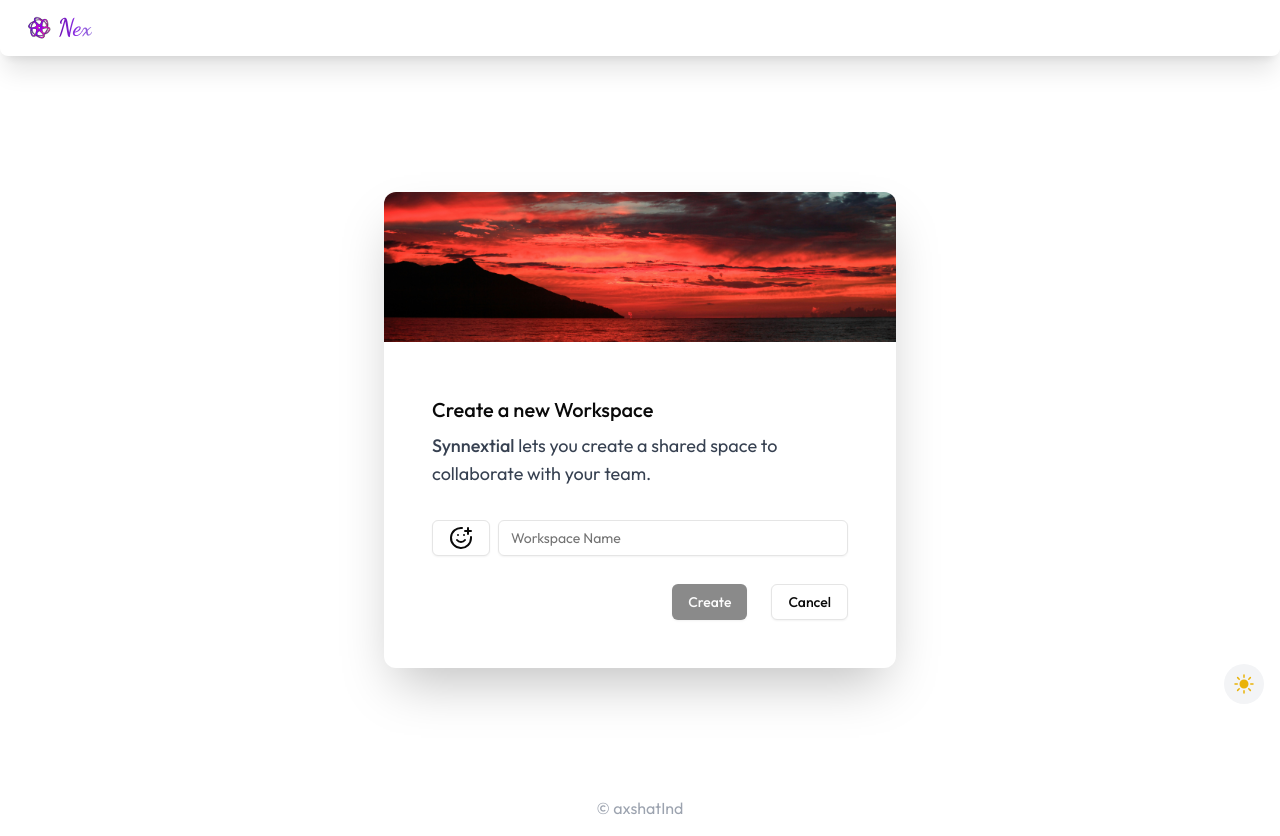
Repository: axshatInd/synnexTial
Page: /createworkspace
An editor plug-in stored every save of this project. The page is shown before and after the next save, followed by the edit.
The browser window is 1280 px wide. The pictures show the whole page.
The page's requests for data from a server got no answer. The project was rebuilt for these pictures with package versions that can differ from the ones it lists, and the page was loaded fresh each time. Some packages were replaced by stand-ins written for this rebuild. The framework's server and built-in components were replaced by stand-ins that run in the browser. No one was signed in, and anything a server would have sent is missing. Also part of the build but not shown: next.config.mjs.

Above is the page before, as saved 2024-08-28 15:47:39.

After the next save:
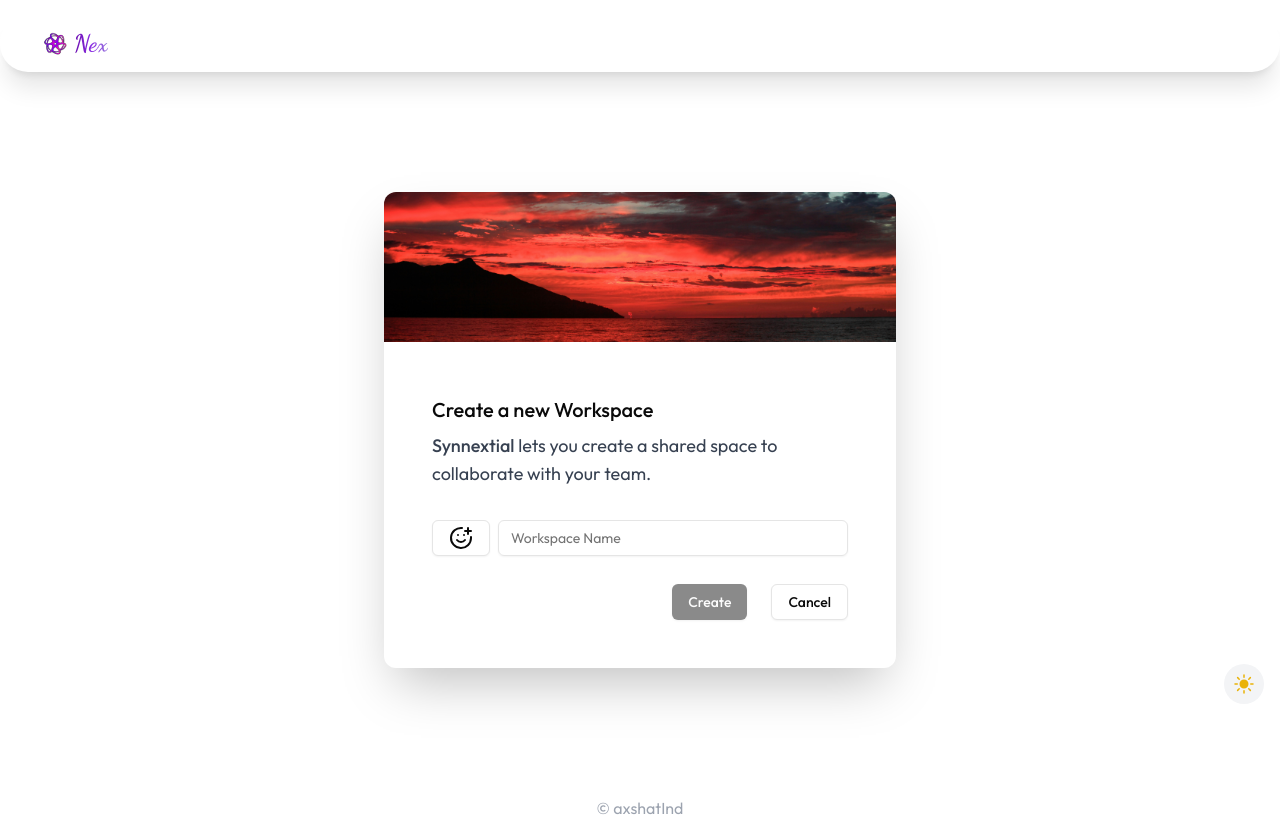
Saved 27 min 58 s later.
--- a/app/(routes)/dashboard/_components/Header.jsx
+++ b/app/(routes)/dashboard/_components/Header.jsx
@@ -20,14 +20,16 @@
   return (
     <header
       ref={headerRef} // Reference for animation
-      className="fixed top-0 left-0 right-0 z-50 flex justify-between items-center px-4 py-2 md:px-6 md:py-3 shadow-xl rounded-b-lg max-w-8xl mx-auto bg-white"
+      className="fixed top-4 left-1/2 transform -translate-x-1/2 z-50 flex justify-between items-center px-4 py-3 md:px-6 md:py-3 shadow-xl rounded-full bg-white w-full max-w-7xl"
     >
-      <Logo />
-      <OrganizationSwitcher
-        afterCreateOrganizationUrl={"/dashboard"}
-        afterLeaveOrganizationUrl={"/dashboard"}
-      />
-      <UserButton />
+      <div className="w-full max-w-screen-xl mx-auto px-4 flex justify-between items-center">
+        <Logo />
+        <OrganizationSwitcher
+          afterCreateOrganizationUrl={"/dashboard"}
+          afterLeaveOrganizationUrl={"/dashboard"}
+        />
+        <UserButton />
+      </div>
     </header>
   );
 }
